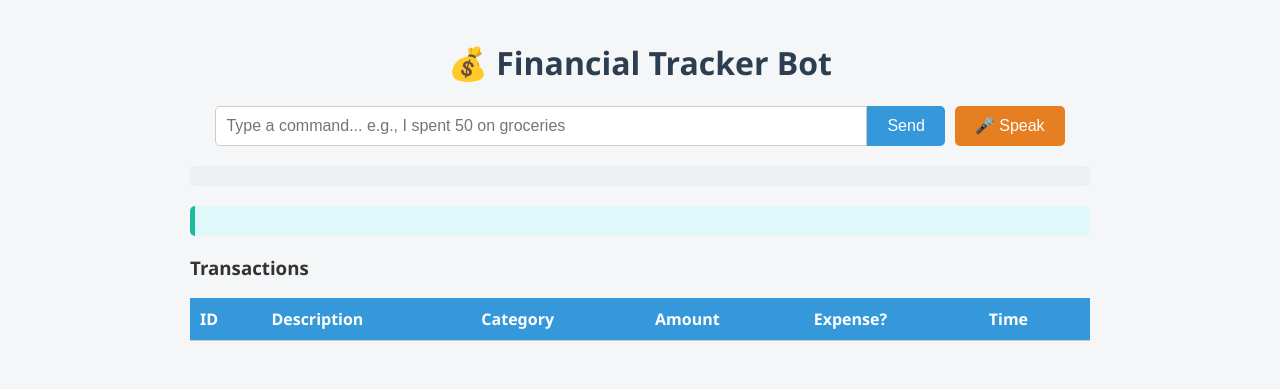
Repository: Aroxy22/finance-tracker
Page: backend/index.html
The author's editor kept a copy of each file at every save. The page is drawn from the files as they stood at one save, then again after the next save.
The browser window is 1280 px wide. The pictures show the whole page.
The page's requests for data from a server got no answer.

Above is the page before, as saved 2025-09-08 19:04:31.

### backend/index.html
<!DOCTYPE html>
<html lang="en">
<head>
<meta charset="UTF-8">
<title>Financial Tracker Bot</title>
<meta name="viewport" content="width=device-width, initial-scale=1.0">
<style>
body {
    font-family: 'Segoe UI', Tahoma, Geneva, Verdana, sans-serif;
    margin: 0;
    padding: 0;
    background: #f4f6f8;
    color: #333;
}
h1 {
    text-align: center;
    color: #2c3e50;
}
.container {
    max-width: 900px;
    margin: auto;
    padding: 20px;
}
.input-group {
    display: flex;
    justify-content: center;
    margin-bottom: 20px;
}
input[type=text] {
    padding: 10px;
    width: 70%;
    border: 1px solid #ccc;
    border-radius: 5px 0 0 5px;
    font-size: 16px;
}
button {
    padding: 10px 20px;
    border: none;
    background-color: #3498db;
    color: white;
    cursor: pointer;
    font-size: 16px;
    border-radius: 0 5px 5px 0;
    transition: background 0.3s;
}
button:hover {
    background-color: #2980b9;
}
#speechBtn {
    background-color: #e67e22;
    border-radius: 5px;
    margin-left: 10px;
}
#speechBtn:hover {
    background-color: #d35400;
}
#response {
    margin: 20px 0;
    padding: 10px;
    background: #ecf0f1;
    border-radius: 5px;
    white-space: pre-wrap;
}
#transactions table {
    width: 100%;
    border-collapse: collapse;
}
#transactions th, #transactions td {
    padding: 10px;
    text-align: left;
    border-bottom: 1px solid #ccc;
}
#transactions th {
    background-color: #3498db;
    color: white;
}
#transactions tr:nth-child(even) {
    background-color: #f2f2f2;
}
#summary {
    margin-top: 20px;
    padding: 15px;
    background: #dff9fb;
    border-left: 5px solid #1abc9c;
    border-radius: 5px;
}
.income { color: green; }
.expense { color: red; }
</style>
</head>
<body>
<div class="container">
    <h1>💰 Financial Tracker Bot</h1>
    <div class="input-group">
        <input type="text" id="textInput" placeholder="Type a command... e.g., I spent 50 on groceries">
        <button onclick="sendText()">Send</button>
        <button id="speechBtn">🎤 Speak</button>
    </div>
    <div id="response"></div>
    <div id="summary"></div>
    <div id="transactions">
        <h3>Transactions</h3>
        <table>
            <thead>
                <tr>
                    <th>ID</th>
                    <th>Description</th>
                    <th>Category</th>
                    <th>Amount</th>
                    <th>Expense?</th>
                    <th>Time</th>
                </tr>
            </thead>
            <tbody id="txBody"></tbody>
        </table>
    </div>
</div>
<script>
const responseDiv = document.getElementById("response");
const txBody = document.getElementById("txBody");
const summaryDiv = document.getElementById("summary");

async function sendCommand(text) {
    const res = await fetch("/api/command", {
        method: "POST",
        headers: {"Content-Type":"application/json"},
        body: JSON.stringify({text})
    });
    const data = await res.json();
    responseDiv.innerText = JSON.stringify(data, null, 2);
    if(data.status === "need_amount"){
        let amt = prompt(data.message);
        if(amt) sendCommand(`${data.description} ${amt}`);
        return;
    }
    listTransactions();
    showSummary();
}

function sendText(){
    const text = document.getElementById("textInput").value;
    if(text) sendCommand(text);
}

async function listTransactions(){
    const res = await fetch("/api/command", {
        method: "POST",
        headers: {"Content-Type":"application/json"},
        body: JSON.stringify({text: "list"})
    });
    const data = await res.json();
    txBody.innerHTML = "";
    if(data.transactions){
        data.transactions.forEach(tx => {
            const tr = document.createElement("tr");
            tr.innerHTML = `
                <td>${tx.id}</td>
                <td>${tx.desc}</td>
                <td>${tx.category}</td>
                <td class="${tx.is_expense?'expense':'income'}">${tx.amount.toFixed(2)}</td>
                <td>${tx.is_expense ? "Yes" : "No"}</td>
                <td>${new Date(tx.ts).toLocaleString()}</td>
            `;
            txBody.appendChild(tr);
        });
    }
}

async function showSummary(){
    const res = await fetch("/api/command", {
        method: "POST",
        headers: {"Content-Type":"application/json"},
        body: JSON.stringify({text: "summary"})
    });
    const data = await res.json();
    if(data.status==="ok"){
        summaryDiv.innerHTML = `
            <strong>Summary:</strong><br>
            Income: <span class="income">$${data.income.toFixed(2)}</span><br>
            Expense: <span class="expense">$${data.expense.toFixed(2)}</span><br>
            Balance: $${data.balance.toFixed(2)}
        `;
    }
}

const speechBtn = document.getElementById("speechBtn");
if('webkitSpeechRecognition' in window){
    const recognition = new webkitSpeechRecognition();
    recognition.continuous = false;
    recognition.interimResults = false;
    recognition.lang = "en-US";
    recognition.onresult = function(event){
        const transcript = event.results[0][0].transcript;
        sendCommand(transcript);
    };
    recognition.onerror = function(event){ alert("Speech error: "+event.error); };
    speechBtn.onclick = () => recognition.start();
}else{
    speechBtn.disabled = true;
    speechBtn.innerText = "Speech not supported";
}

listTransactions();
showSummary();
</script>
</body>
</html>

After the next save:
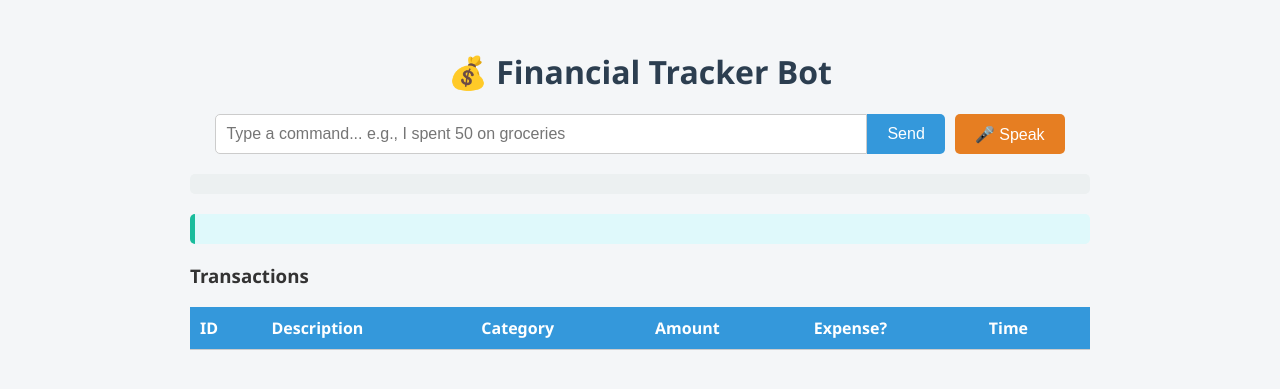
Saved 5 min 0 s later.
--- a/backend/index.html
+++ b/backend/index.html
@@ -14,6 +14,7 @@ body {
 }
 h1 {
     text-align: center;
+    margin-top: 30px;
     color: #2c3e50;
 }
 .container {
@@ -60,6 +61,8 @@ button:hover {
     background: #ecf0f1;
     border-radius: 5px;
     white-space: pre-wrap;
+    max-height: 200px;
+    overflow-y: auto;
 }
 #transactions table {
     width: 100%;
@@ -84,8 +87,8 @@ button:hover {
     border-left: 5px solid #1abc9c;
     border-radius: 5px;
 }
-.income { color: green; }
-.expense { color: red; }
+.income { color: green; font-weight: bold; }
+.expense { color: red; font-weight: bold; }
 </style>
 </head>
 <body>
@@ -119,6 +122,7 @@ button:hover {
 const responseDiv = document.getElementById("response");
 const txBody = document.getElementById("txBody");
 const summaryDiv = document.getElementById("summary");
+const textInput = document.getElementById("textInput");
 
 async function sendCommand(text) {
     const res = await fetch("/api/command", {
@@ -138,7 +142,7 @@ async function sendCommand(text) {
 }
 
 function sendText(){
-    const text = document.getElementById("textInput").value;
+    const text = textInput.value;
     if(text) sendCommand(text);
 }
 
@@ -157,7 +161,7 @@ async function listTransactions(){
                 <td>${tx.id}</td>
                 <td>${tx.desc}</td>
                 <td>${tx.category}</td>
-                <td class="${tx.is_expense?'expense':'income'}">${tx.amount.toFixed(2)}</td>
+                <td class="${tx.is_expense?'expense':'income'}">${tx.amount?.toFixed(2) || 0}</td>
                 <td>${tx.is_expense ? "Yes" : "No"}</td>
                 <td>${new Date(tx.ts).toLocaleString()}</td>
             `;
@@ -187,11 +191,19 @@ const speechBtn = document.getElementById("speechBtn");
 if('webkitSpeechRecognition' in window){
     const recognition = new webkitSpeechRecognition();
     recognition.continuous = false;
-    recognition.interimResults = false;
+    recognition.interimResults = true;
     recognition.lang = "en-US";
+
     recognition.onresult = function(event){
-        const transcript = event.results[0][0].transcript;
-        sendCommand(transcript);
+        let transcript = "";
+        for(let i=0;i<event.results.length;i++){
+            transcript += event.results[i][0].transcript;
+        }
+        textInput.value = transcript;
+        if(event.results[0].isFinal){
+            sendCommand(transcript);
+            textInput.value = "";
+        }
     };
     recognition.onerror = function(event){ alert("Speech error: "+event.error); };
     speechBtn.onclick = () => recognition.start();
